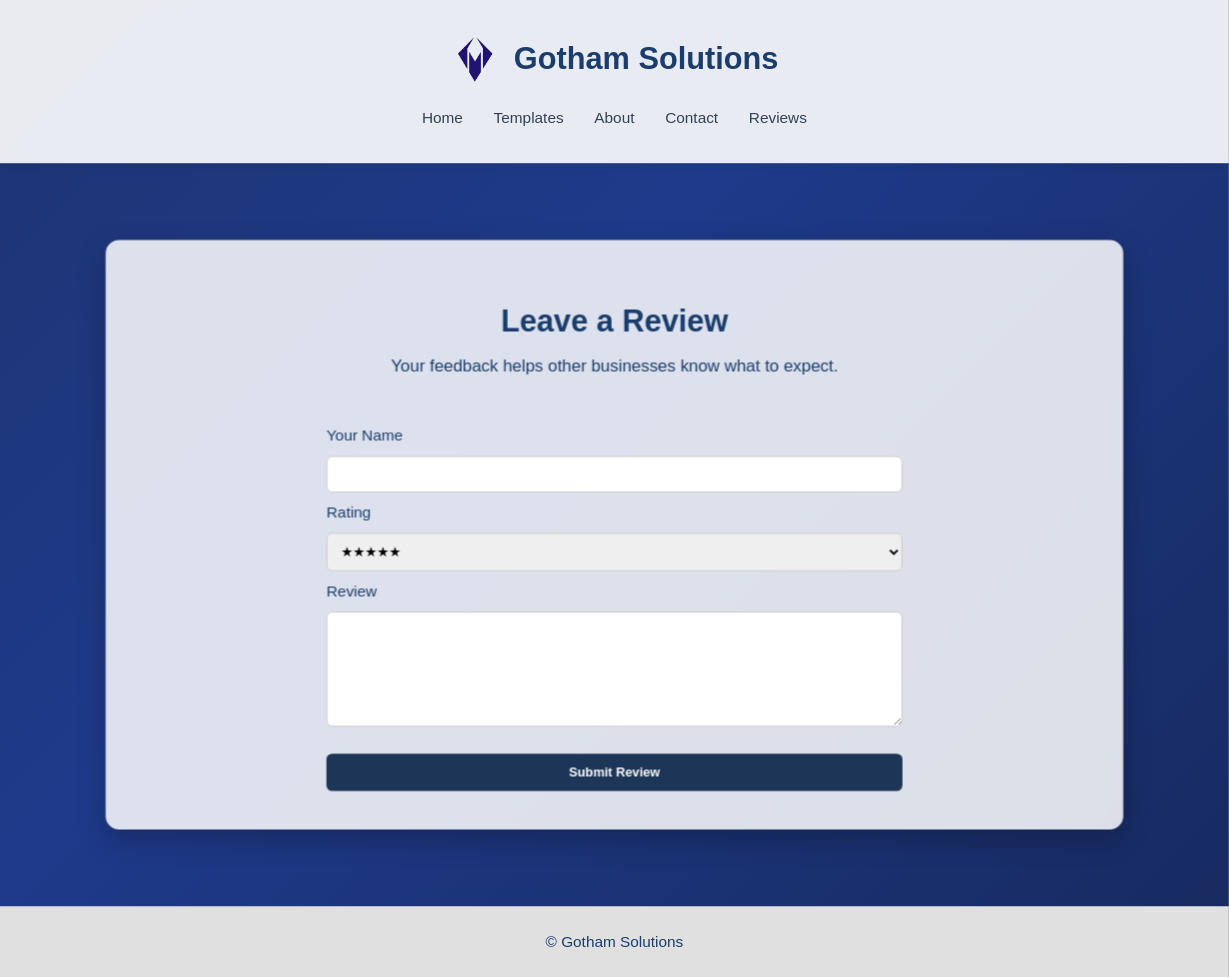
Repository: kmm569/gothamsolutions
Page: reviews/new/index.html
An editor plug-in stored every save of this project. The page is shown before and after the next save, followed by the edit.
The browser window is 1280 px wide. The pictures show the whole page, at 96% of full size.

Above is the page before, as saved 2026-03-12 11:47:00.
Console error: TypeError: Cannot set properties of null (setting 'innerText')

After the next save:
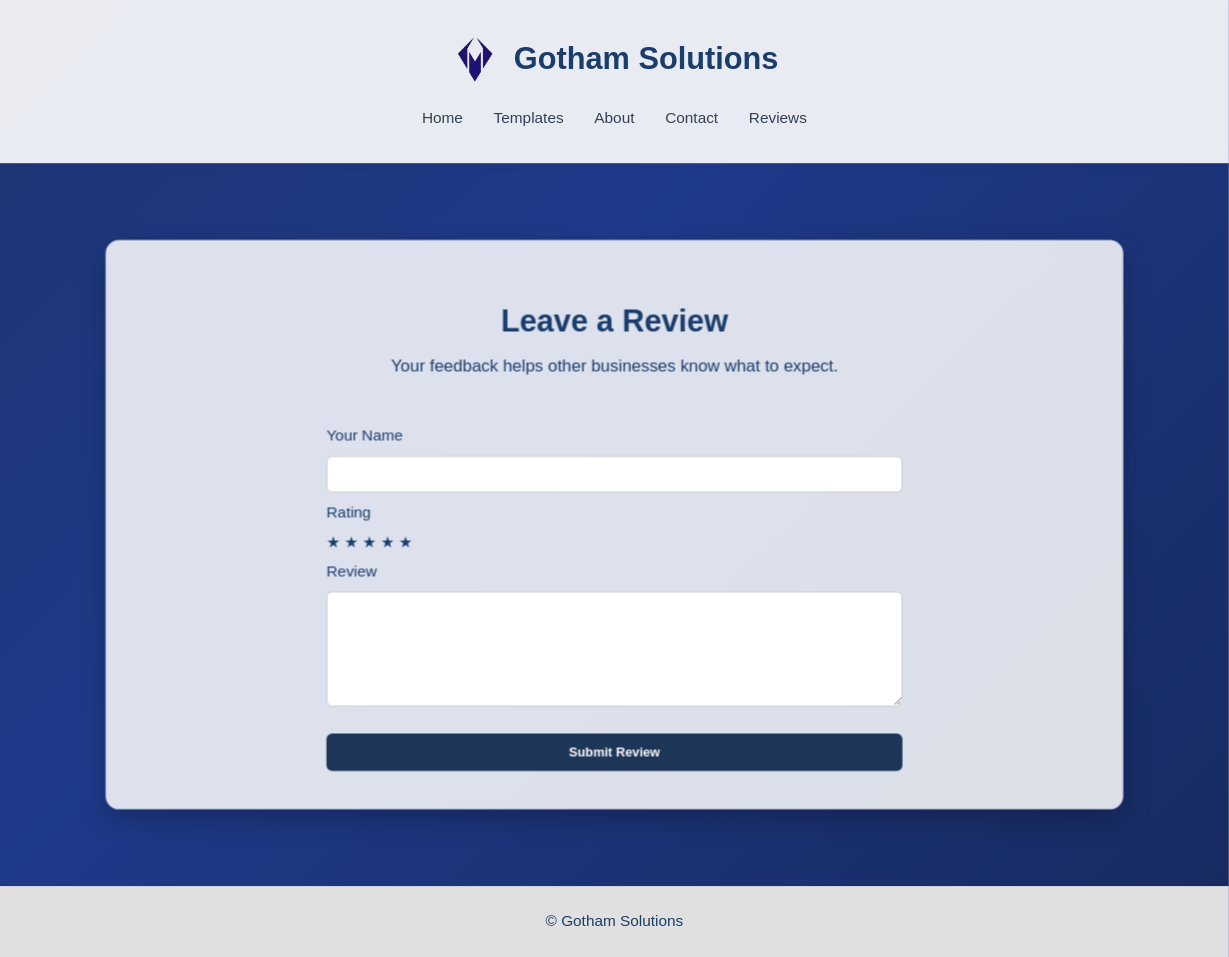
Saved 2 min 43 s later.
--- a/reviews/new/index.html
+++ b/reviews/new/index.html
@@ -45,13 +45,16 @@
 					<input type="text" id="name" required />
 
 					<label>Rating</label>
-					<select id="rating">
-						<option value="5">★★★★★</option>
-						<option value="4">★★★★</option>
-						<option value="3">★★★</option>
-						<option value="2">★★</option>
-						<option value="1">★</option>
-					</select>
+
+<div class="star-rating" id="starRating">
+	<span data-value="1">★</span>
+	<span data-value="2">★</span>
+	<span data-value="3">★</span>
+	<span data-value="4">★</span>
+	<span data-value="5">★</span>
+</div>
+
+<input type="hidden" id="rating" value="5">
 
 					<label>Review</label>
 					<textarea id="review" required></textarea>
